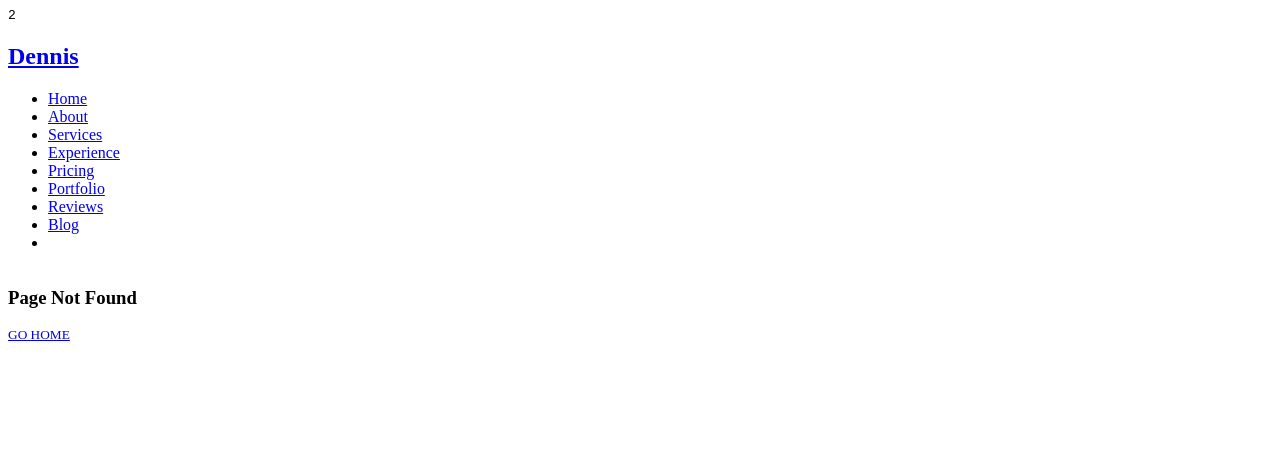
Repository: Teeticode/project_manager_tool
Page: http://localhost/portfolio/public
An editor plug-in stored every save of this project. The page is shown before and after the next save, followed by the edit.
The browser window is 1280 px wide. The pictures show the whole page.
Some icons come from a web library that is not loaded, so they are not drawn. The page is run by PHP 8.4 with error messages shown; the project is at /var/www/html/.

Above is the page before, as saved 2022-09-07 16:37:31.
Console error: SyntaxError: Unexpected token '<'

After the next save:
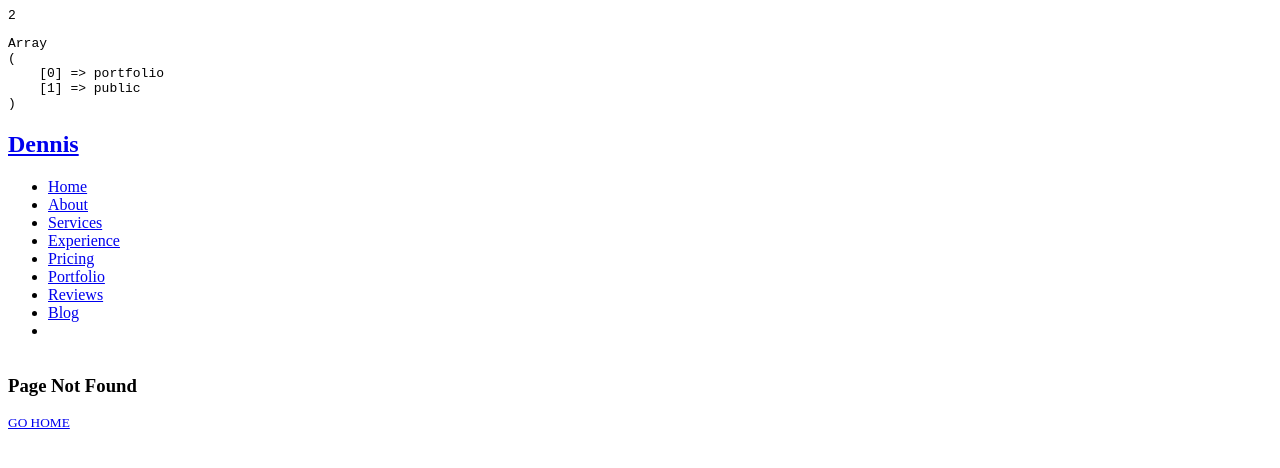
Saved 2 min 40 s later.
--- a/app/core/app.php
+++ b/app/core/app.php
@@ -8,8 +8,13 @@ class App
     function __construct()
     {
         $url = $this->getURL();
-        $filename = "../app/controllers/".ucfirst($url[0]).".php";
 
+        if(sizeof($url)==2){
+            $filename = "../app/controllers/".$url[0]."/".ucfirst($url[1]).".php";
+        }else{
+            $filename = "../app/controllers/".ucfirst($url[0]).".php";
+        }
+        show($url);
 
         if(file_exists($filename))
         {
